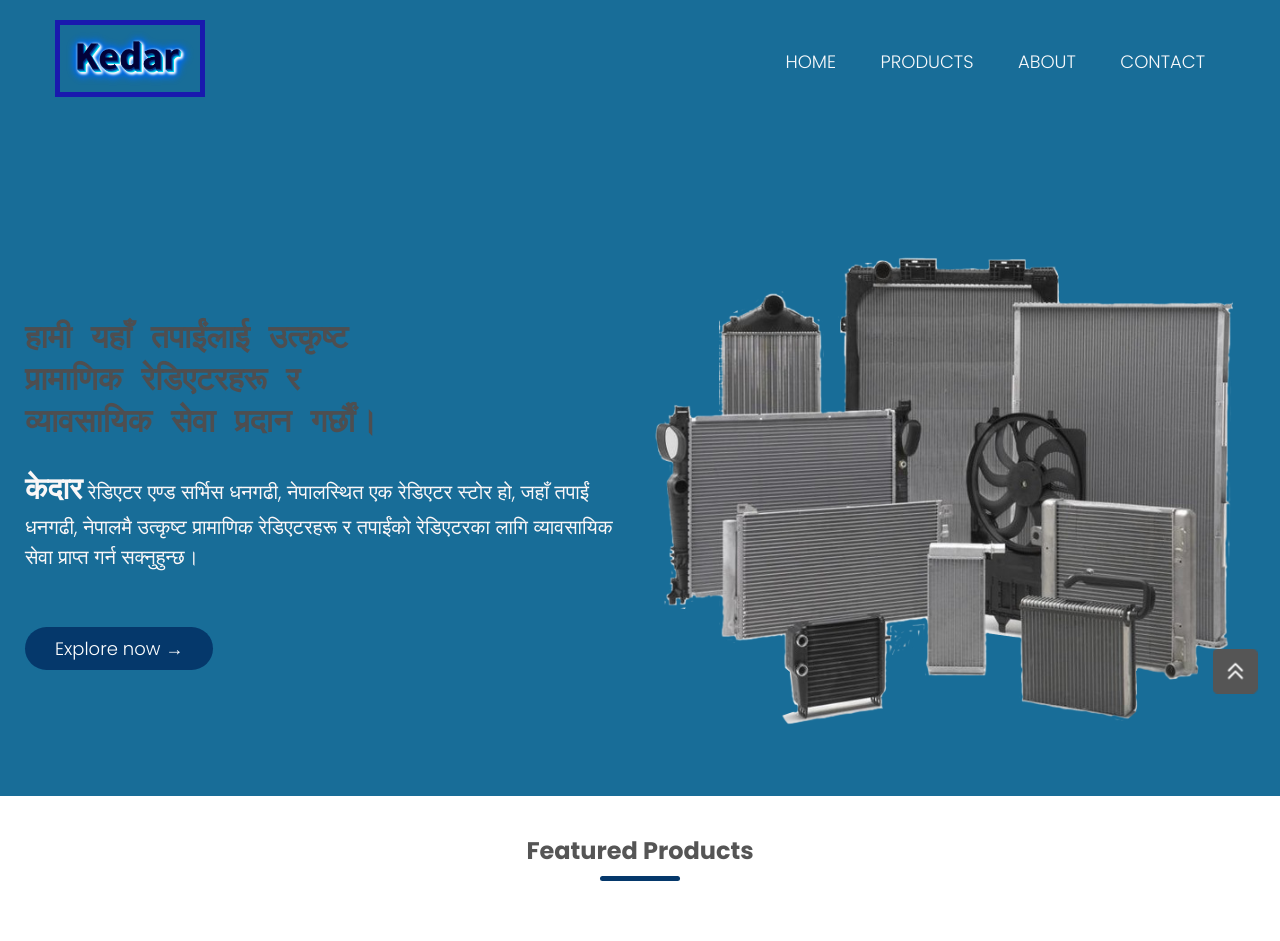
Repository: shyamchand-git/KedarRadiator
Page: index.html
These files come from the project's save history. The page is drawn as it stood at one moment and after the next save; the edit follows.
The browser window is 1280 px wide. The pictures show the part of the page from y = 0 to 941 px (the page is 2957 px tall).
A picture or video elsewhere on the page could not be fetched, so the positions and the page height are approximate.

Above is the page before, as saved 2026-02-22 13:27:15.

After the next save:
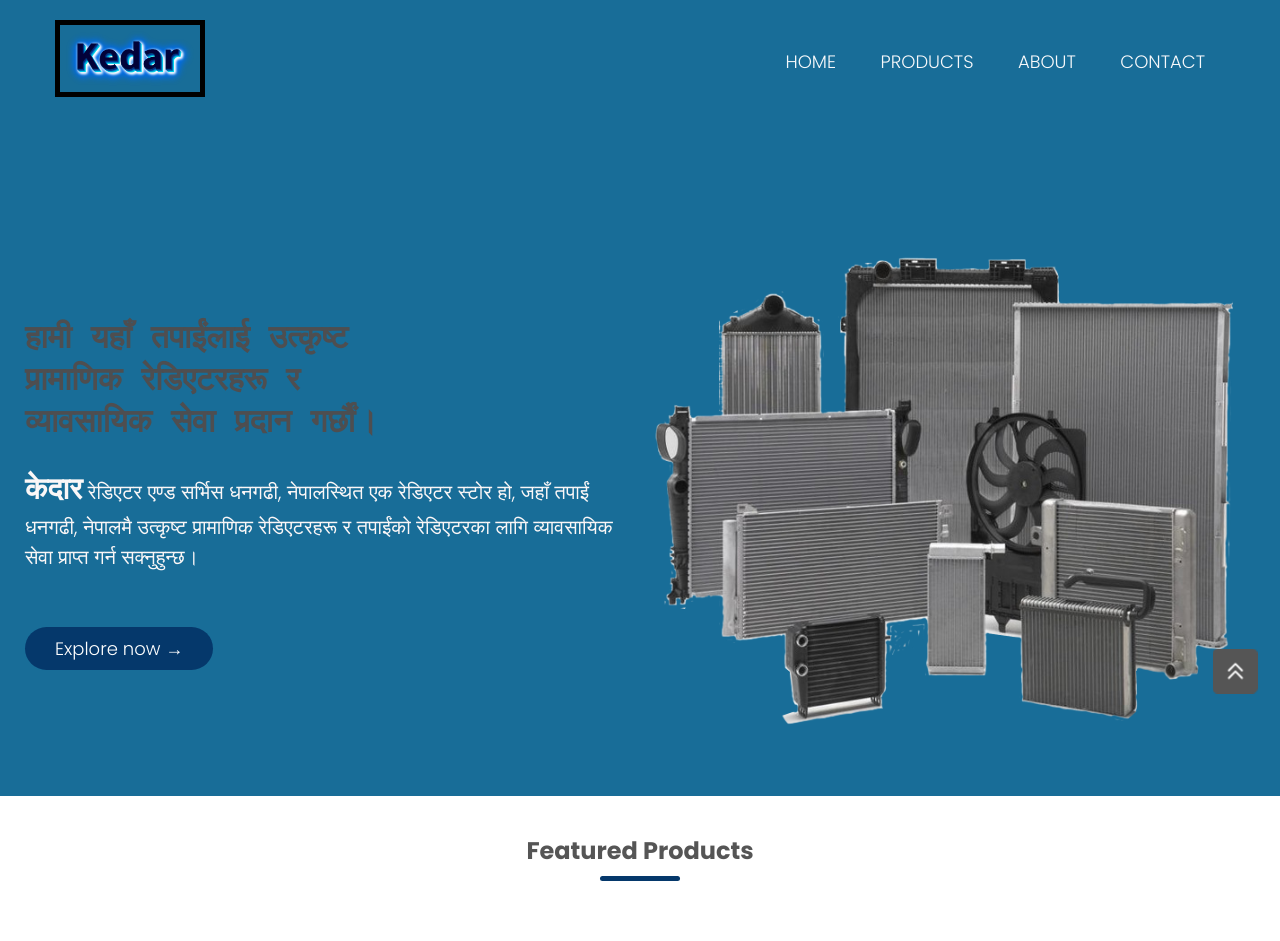
Saved 20 s later.
--- a/index.html
+++ b/index.html
@@ -238,7 +238,7 @@
                 <div class="naVbar ">
                     <div class="logo">
                         <a href="index.html"> <img src="images/kedar-logo.png" alt="Kedar Rediator"
-                                width="150px" style="border: 5px solid rgb(25, 25, 174);"> </a>
+                                width="150px" style="border: 5px solid black;"> </a>
 
                     </div>
                     <nav>
